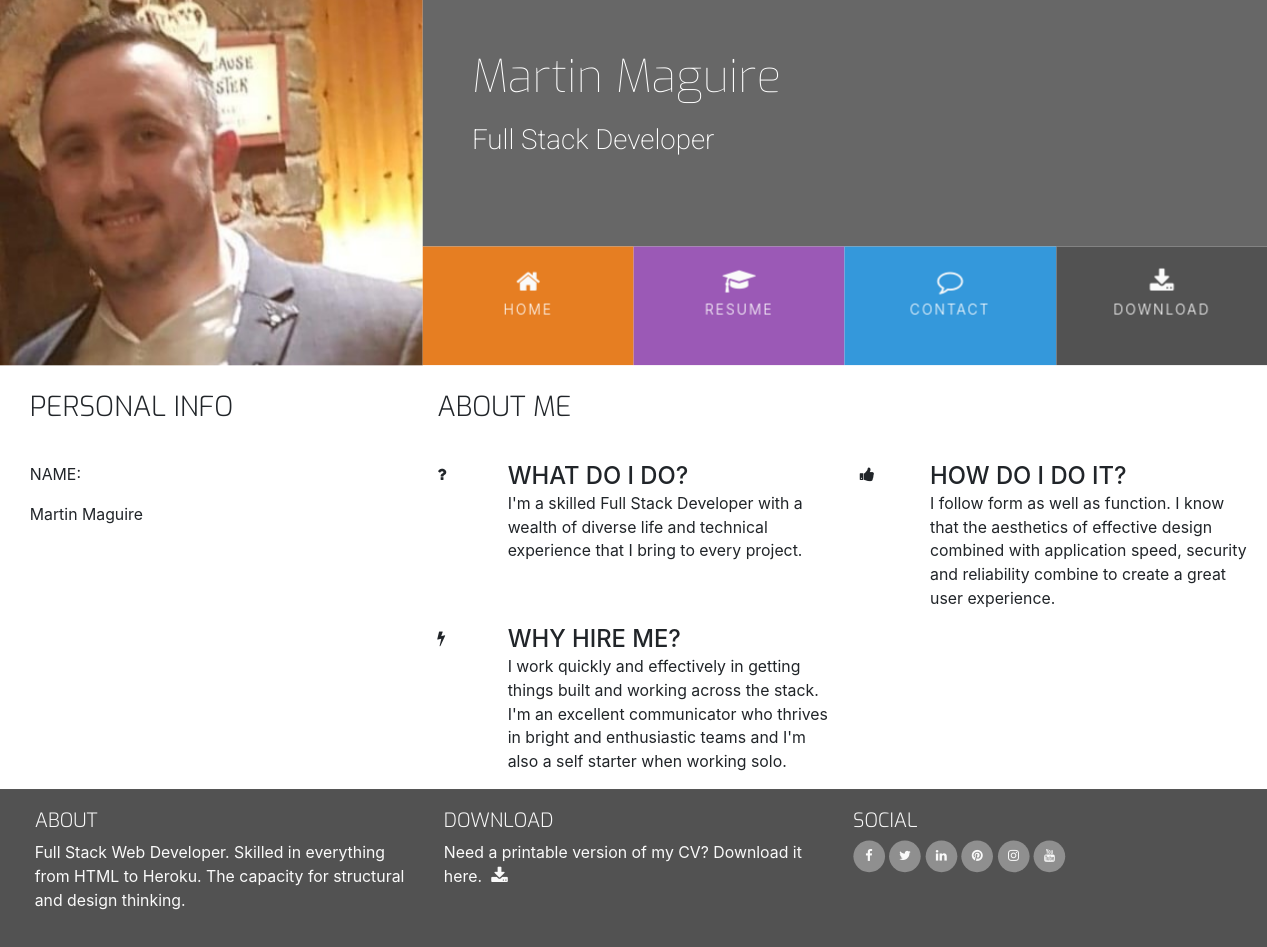
Repository: martinmaguire89/UCD-resume
Page: index.html
The author's editor kept a record of every edit. The page is drawn from the files as they stood at one moment, then again after the next edit.
The browser window is 1280 px wide. The pictures show the whole page, at 99% of full size.

Above is the page before.

After the next edit:
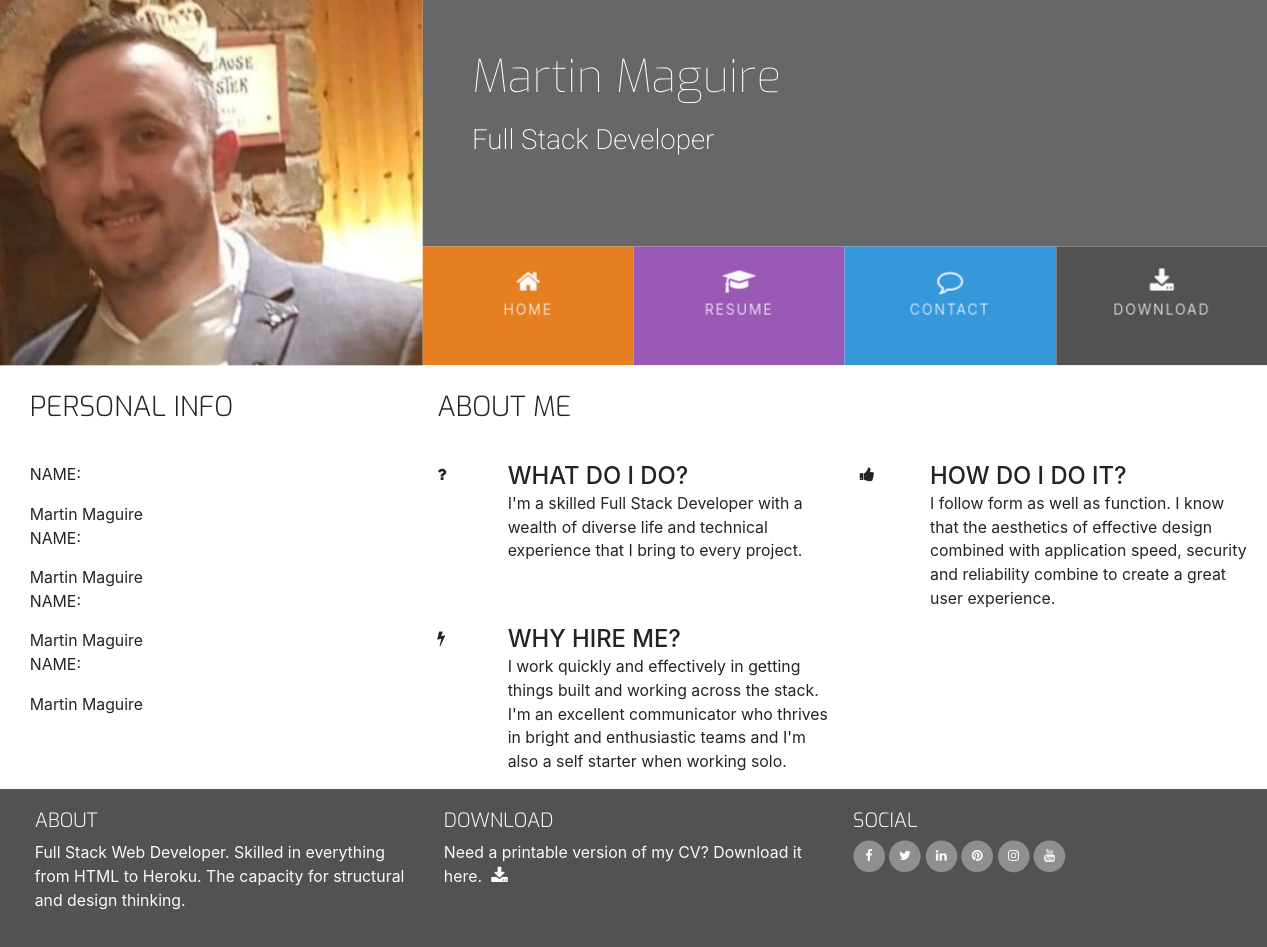
The edit:
--- a/index.html
+++ b/index.html
@@ -69,6 +69,36 @@
                         Martin Maguire
                     </div>
                 </div>
+                <div class="personal-info-item">
+                    <div class="key">
+                        <p class="uppercase">
+                            Name:
+                        </p>
+                    </div>
+                    <div class="value">
+                        Martin Maguire
+                    </div>
+                </div>
+                <div class="personal-info-item">
+                    <div class="key">
+                        <p class="uppercase">
+                            Name:
+                        </p>
+                    </div>
+                    <div class="value">
+                        Martin Maguire
+                    </div>
+                </div>
+                <div class="personal-info-item">
+                    <div class="key">
+                        <p class="uppercase">
+                            Name:
+                        </p>
+                    </div>
+                    <div class="value">
+                        Martin Maguire
+                    </div>
+                </div>
             </div>
             <div class="col-md-8 bg-color-three-reasons">
                 <div class="row">
